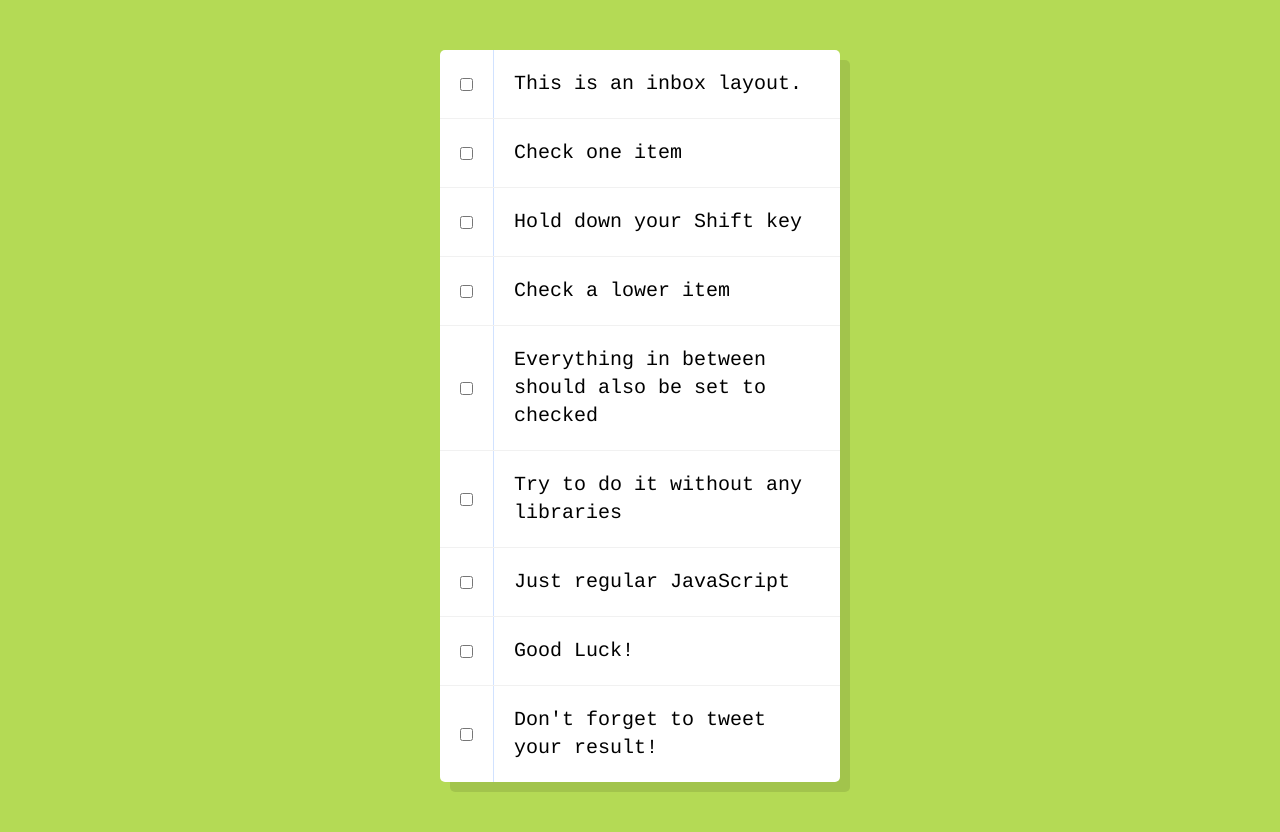
Repository: Freezler/Shift-Select-Checkboxes
Page: index.html
These files come from the project's save history. The page is drawn as it stood at one moment and after the next save; the edit follows.
The browser window is 1280 px wide. The pictures show the whole page.

Above is the page before, as saved 2024-09-07 21:12:46.

After the next save:
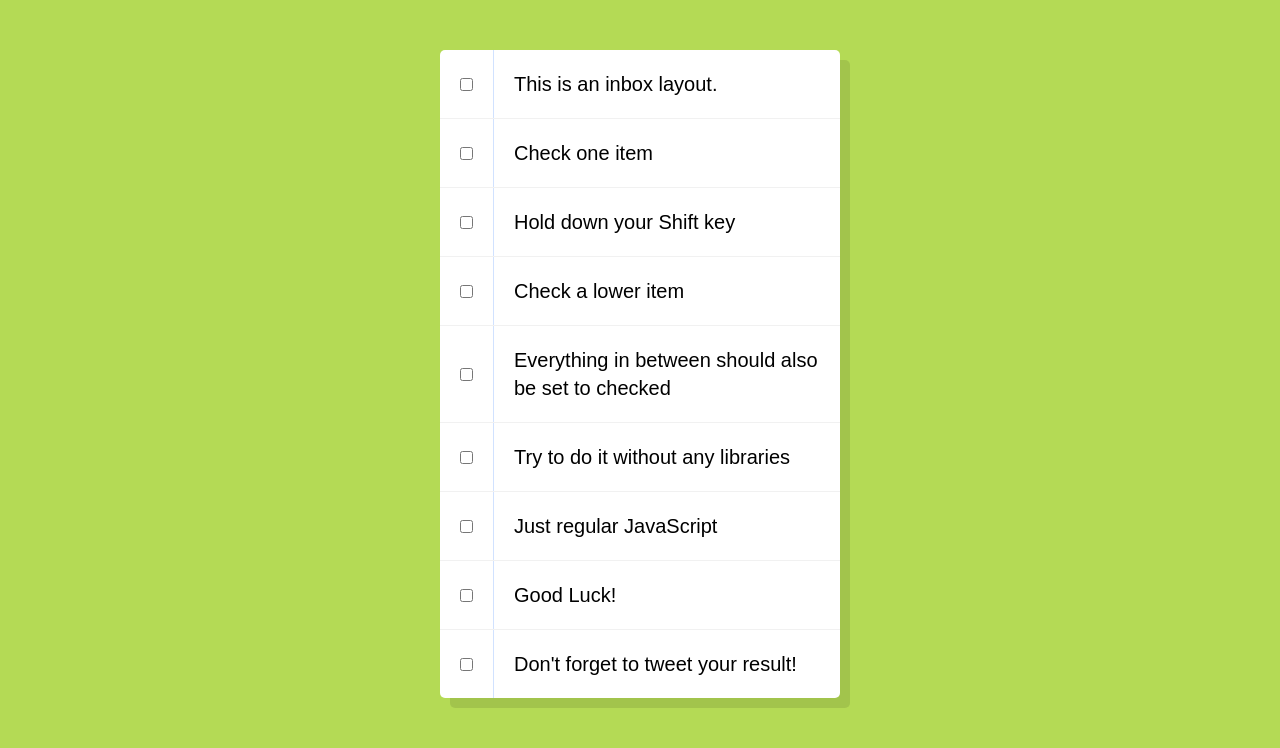
Saved 12 s later.
--- a/index.html
+++ b/index.html
@@ -10,7 +10,7 @@
 <body>
   <style>
     html {
-      font-family: 'Comic Sans', Courier, monospace;
+      font-family: 'Montserrat', sans-serif;
       line-height: 1.4;
 
       background: #B4DA55;
